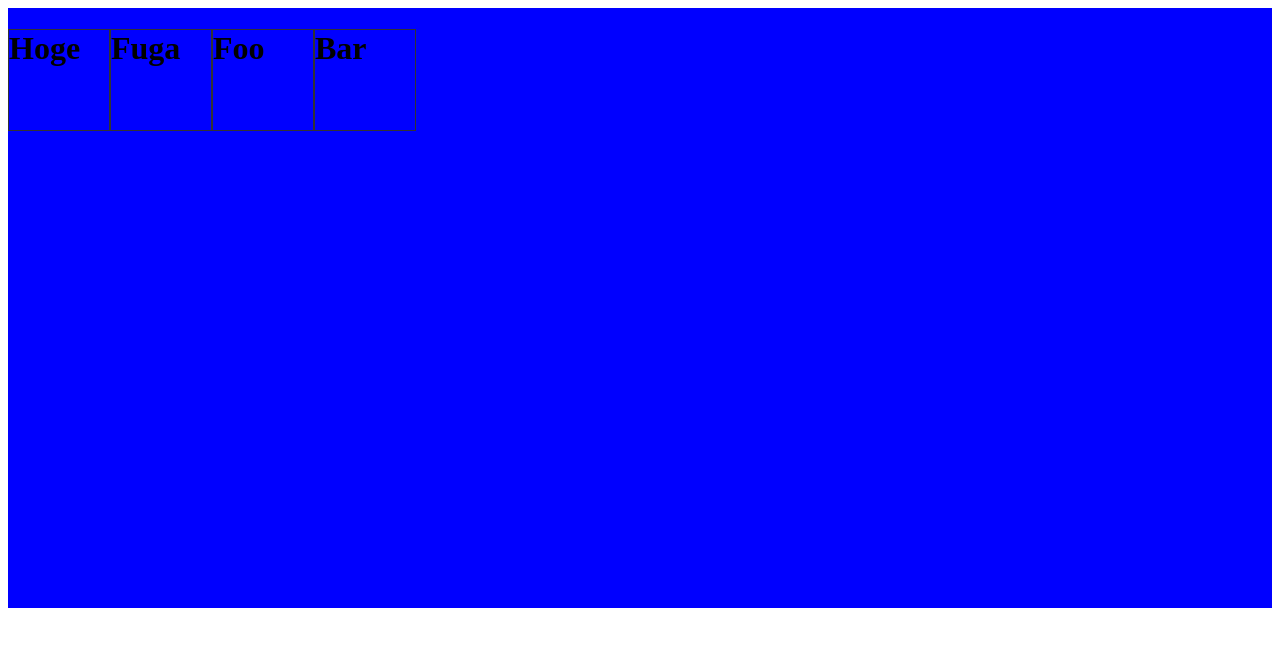
Repository: kanami0019/samurai_HTML-CSS
Page: Untitled1.html
The author's editor kept a record of every edit. The page is drawn from the files as they stood at one moment, then again after the next edit.
The browser window is 1280 px wide. The pictures show the whole page.

Above is the page before.

### Untitled1.html
<body>
    <div id="stretch">
        <h1>Hoge</h1>
        <h1>Fuga</h1>
        <h1>Foo</h1>
        <h1>Bar</h1>
    </div>
</body>
<style>
    #stretch {
        height: 600px;
        width: 100%;
        display: flex;
        flex-wrap: wrap;
        align-content: stretch;
        background-color: blue;
    }
    h1 {
        width: 100px;
        height: 100px;
        border: 1px solid #333;
    }
</style>

After the next edit:
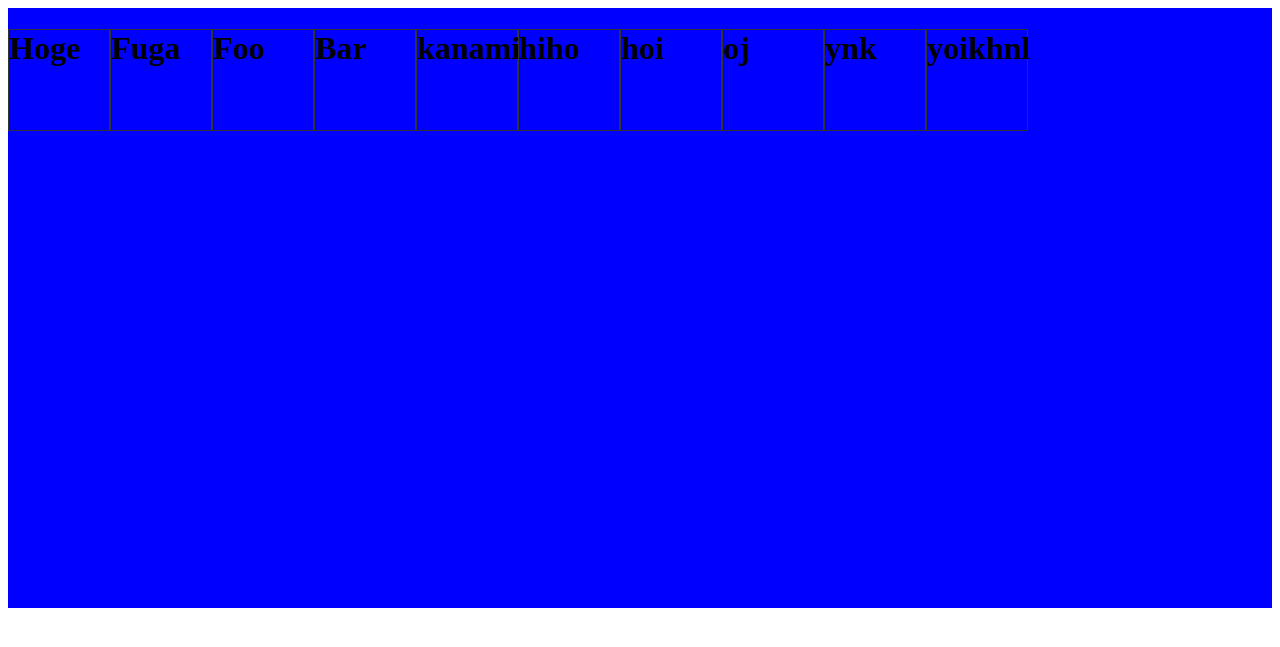
The edit:
--- a/Untitled1.html
+++ b/Untitled1.html
@@ -4,6 +4,13 @@
         <h1>Fuga</h1>
         <h1>Foo</h1>
         <h1>Bar</h1>
+        <h1>kanami</h1>
+        <h1>hiho</h1>
+        <h1>hoi</h1>
+        <h1>oj</h1>
+        <h1>ynk</h1>
+        <h1>yoikhnl</h1>
+
     </div>
 </body>
 <style>
